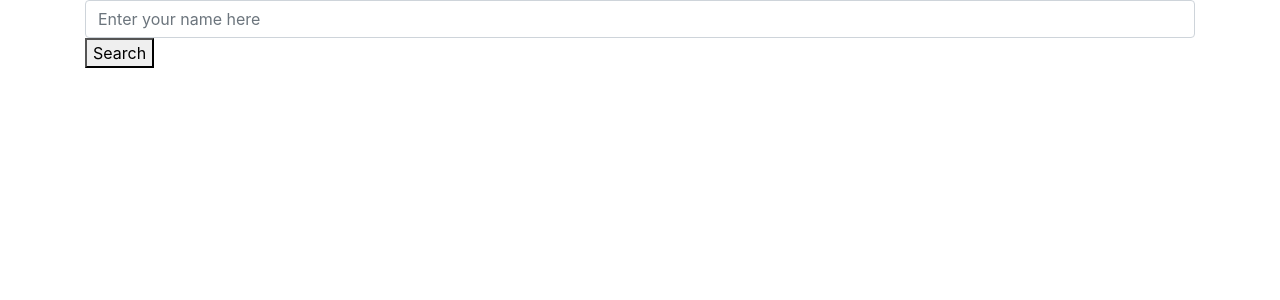
Repository: GovindParve/spring_mvc_maven_demo_one_project
Page: http://localhost/springmvcexample/home
The author's editor kept a copy of each file at every save. The page is drawn from the files as they stood at one save, then again after the next save.
The browser window is 1280 px wide. The pictures show the whole page.
Some web libraries are served in a nearby version. The page is served by Tomcat 9.

Above is the page before, as saved 2023-06-18 19:25:52.

After the next save:
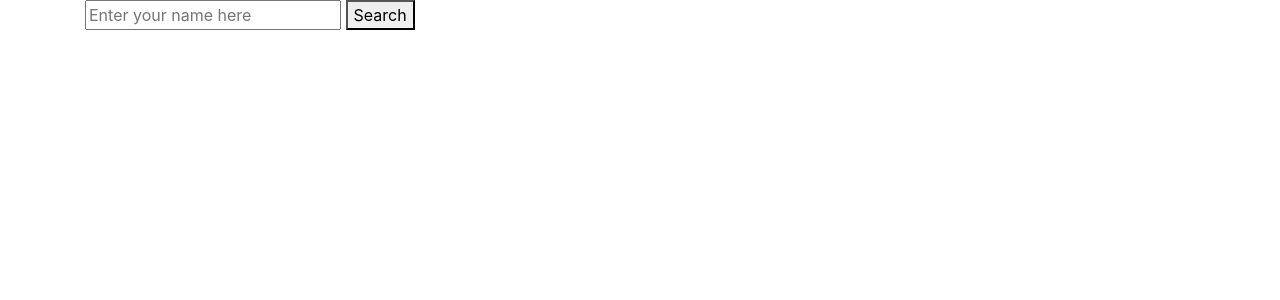
Saved 12 s later.
--- a/springmvcexample/src/main/webapp/WEB-INF/views/home.jsp
+++ b/springmvcexample/src/main/webapp/WEB-INF/views/home.jsp
@@ -18,7 +18,7 @@
   <body>
     <div class="container">
     	<form action="welcome">
-    		<input type="text" name="user" placeholder="Enter your name here" class="form-control" >
+    		<input type="text" name="user" placeholder="Enter your name here">
     		<button type="button">Search</button>
     		</div>
     	</form>
